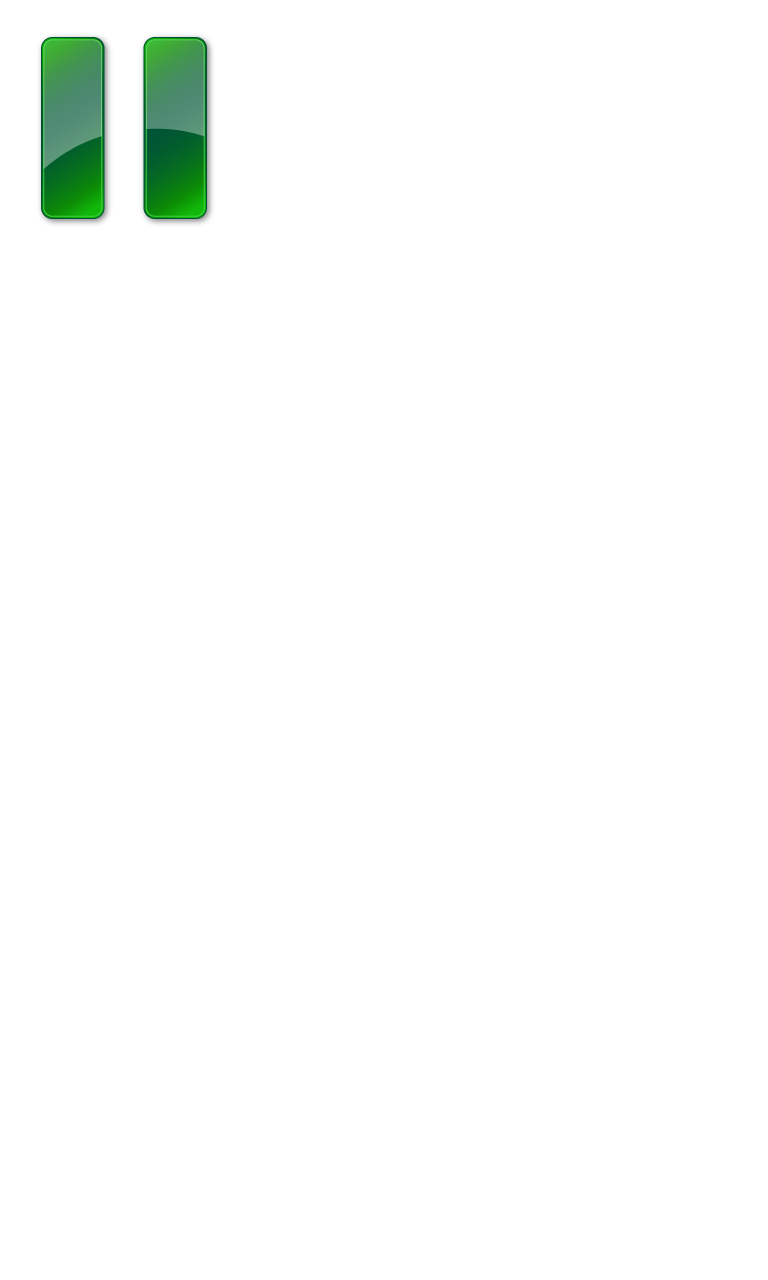
Repository: ChenLongAHXC/AndroidPractice
Layout: Animation/res/layout/activity_main.xml
The author's editor kept a copy of each file at every save. The layout is drawn from the files as they stood at one save, then again after the next save.
It is drawn on a 768 x 1280 px phone screen (xhdpi) without system bars, with theme AppTheme; the app's code is not run.

Above is the layout before, as saved 2014-04-21 07:40:40.

### Animation/res/layout/activity_main.xml
<LinearLayout xmlns:android="http://schemas.android.com/apk/res/android"
    xmlns:tools="http://schemas.android.com/tools"
    android:layout_width="match_parent"
    android:layout_height="match_parent"
    android:orientation="vertical">

    <ImageView
        android:id="@+id/imageView1"
        android:layout_width="wrap_content"
        android:layout_height="wrap_content"
        android:src="@drawable/pause" />

</LinearLayout>

Loaded but not shown: Animation/res/values/styles.xml (common file); Animation/res/values-v11/styles.xml (common file); Animation/res/values-v14/styles.xml (common file)

After the next save:
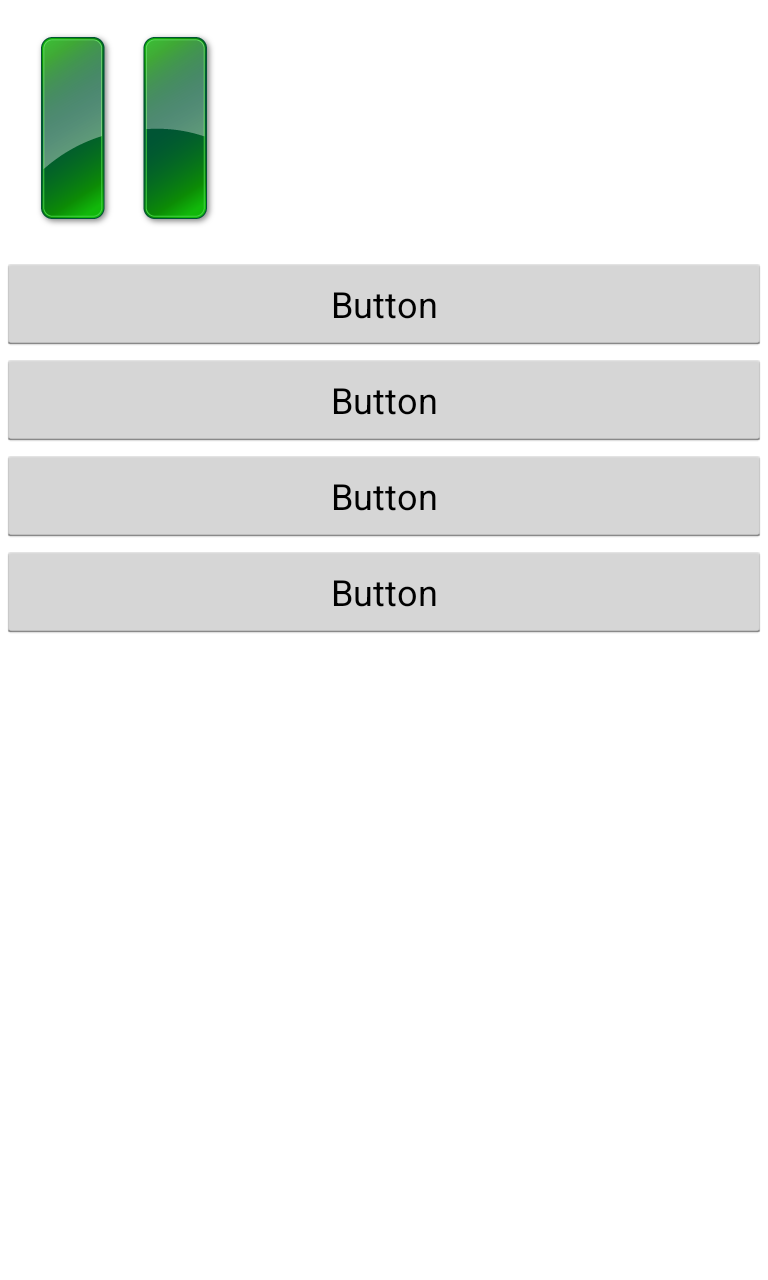
Saved 73 s later.
--- a/Animation/res/layout/activity_main.xml
+++ b/Animation/res/layout/activity_main.xml
@@ -10,4 +10,28 @@
         android:layout_height="wrap_content"
         android:src="@drawable/pause" />
 
+    <Button
+        android:id="@+id/button1"
+        android:layout_width="match_parent"
+        android:layout_height="wrap_content"
+        android:text="Button" />
+
+    <Button
+        android:id="@+id/button2"
+        android:layout_width="match_parent"
+        android:layout_height="wrap_content"
+        android:text="Button" />
+
+    <Button
+        android:id="@+id/button3"
+        android:layout_width="match_parent"
+        android:layout_height="wrap_content"
+        android:text="Button" />
+
+    <Button
+        android:id="@+id/button4"
+        android:layout_width="match_parent"
+        android:layout_height="wrap_content"
+        android:text="Button" />
+
 </LinearLayout>
